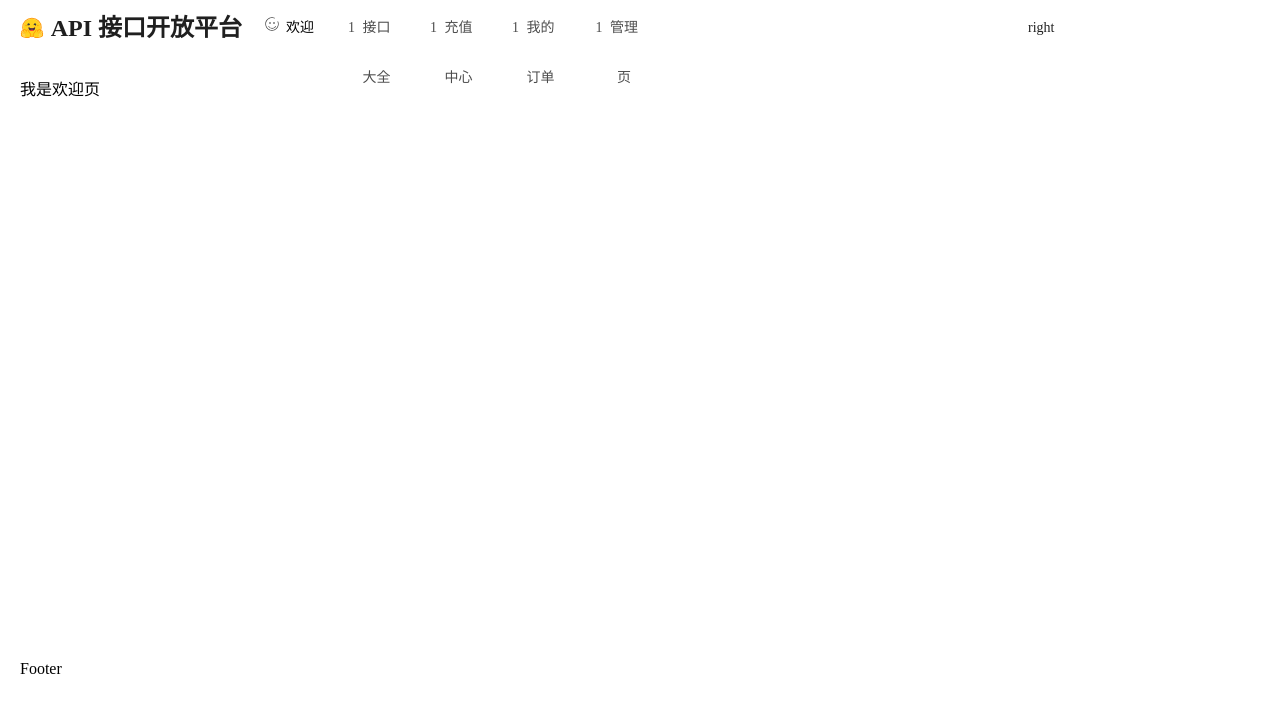
Repository: 202100202078/SignInBox
Page: /
The author's editor kept a copy of each file at every save. The page is drawn from the files as they stood at one save, then again after a run of saves.
The browser window is 1280 px wide. The pictures show the whole page.
The project was rebuilt for these pictures with package versions that can differ from the ones it lists, and the page was loaded fresh each time. Also part of the build but not shown: vite.config.js, src/components/FilterLayout.vue, src/components/PageFooter.vue, src/components/TableLayout.vue, src/components/ToolTip.vue.

Above is the page before, as saved 2023-11-23 21:04:36.

After the next 3 saves:
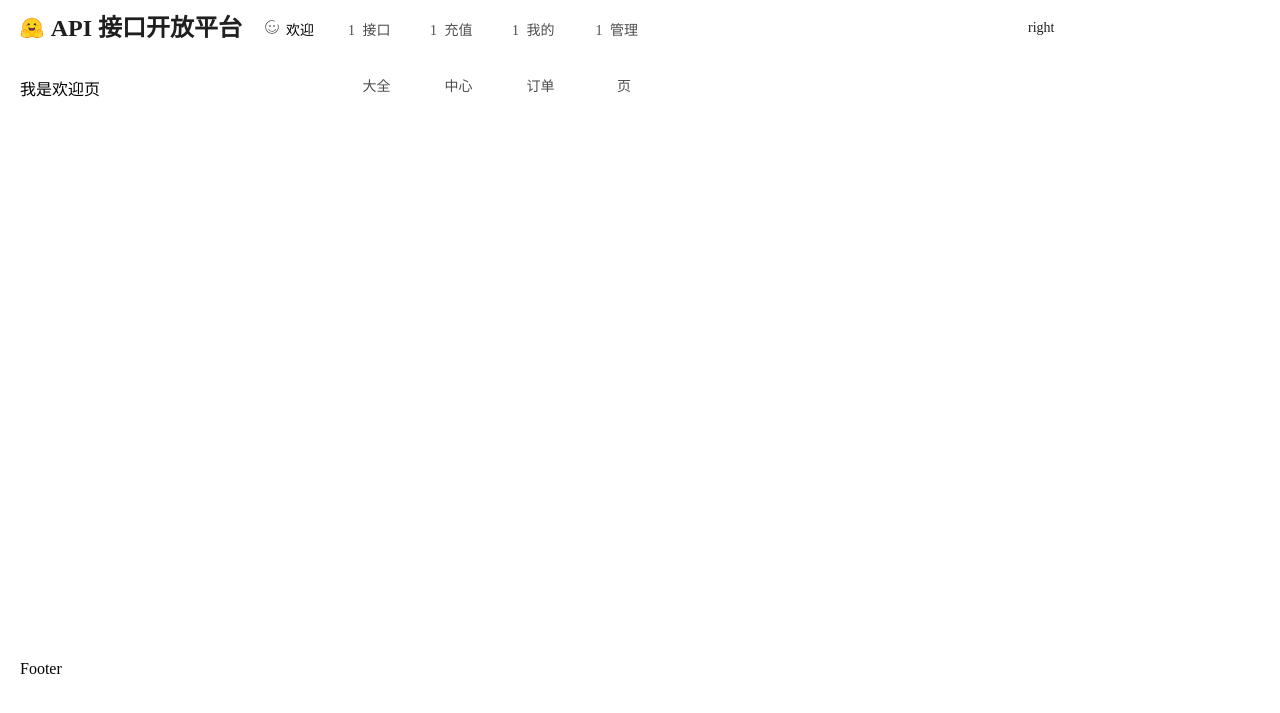
The 3 saves are shown as one change because they came seconds apart.
The last was saved 14 s later.
--- a/src/views/layout/LayOutContainer.vue
+++ b/src/views/layout/LayOutContainer.vue
@@ -107,7 +107,6 @@ const cur = ref(0)
             padding: 0 16px;
             width: 82px;
             height: 50px;
-            line-height: 50px;
             color: rgba(0, 0, 0, 0.7);
             &:hover {
               background-color: rgba(0, 0, 0, 0.1);
